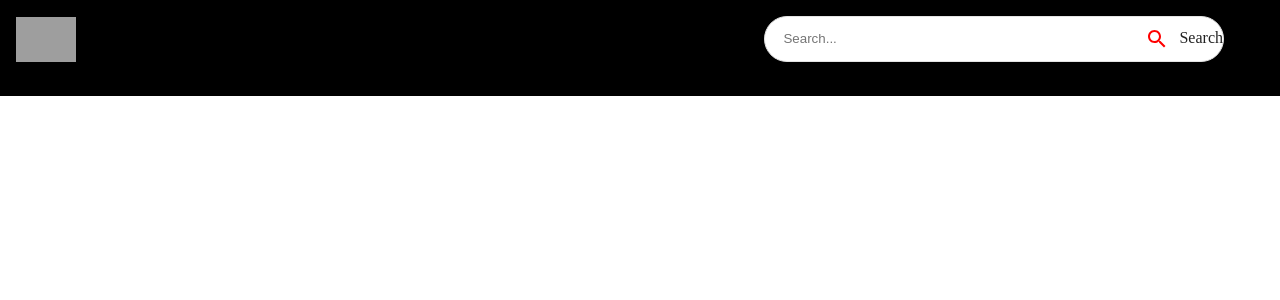
Repository: hieuhieu10/youtube_clone
Page: /
These files come from the project's save history. The page is drawn as it stood at one moment and after the next save; the edit follows.
The browser window is 1280 px wide. The pictures show the whole page.
Pictures or frames that could not be fetched are drawn as grey boxes. The project was rebuilt for these pictures with package versions that can differ from the ones it lists, and the page was loaded fresh each time. Also part of the build but not shown: src/utils/constants.js, src/components/ChannelDetail.jsx, src/components/VideoDetail.jsx, src/components/SearchFeed.jsx.

Above is the page before, as saved 2023-04-12 22:47:27.

After the next save:
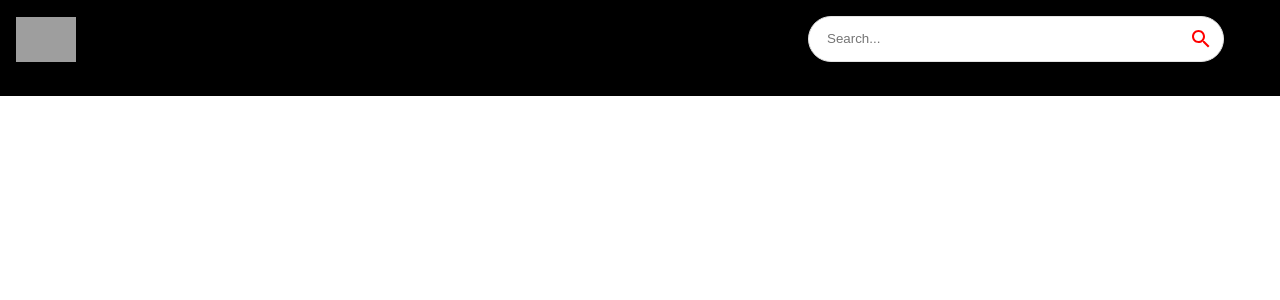
Saved 25 min 28 s later.
--- a/src/components/SearchBar.jsx
+++ b/src/components/SearchBar.jsx
@@ -16,7 +16,7 @@
           <IconButton type="submit" sx={{p:'10px', color:'red' }}>
             <Search/>
           </IconButton>
-        Search
+
     </Paper>
   )
 }
